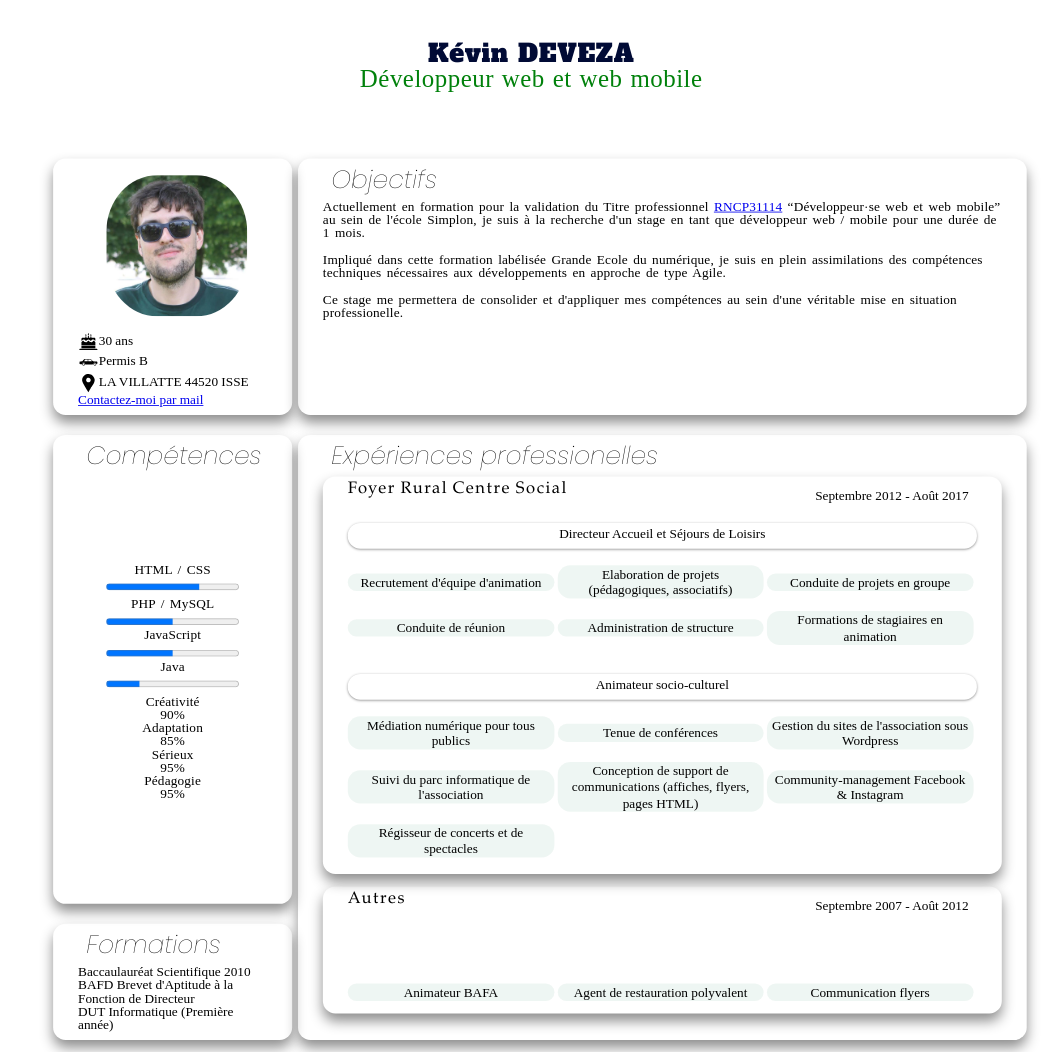
Repository: KevinDvZ/kevindvz.github.io
Page: index.html
These files come from the project's save history. The page is drawn as it stood at one moment and after the next save; the edit follows.
The browser window is 1280 px wide. The pictures show the whole page, at 83% of full size.

Above is the page before, as saved 2020-10-31 18:05:59.

### index.html
<!DOCTYPE html>
<html>

<head>
    <title id="nomprenom">DEVEZA Kevin - Développeur Web et Web mobile.</title>
        <meta charset="utf-8" />
        <meta name="description" contents="CV de Kévin DEVEZA, développeur web  et web mobile junior."/>
        <link rel="stylesheet" href="css/cv_deveza.css" />
        <link rel="stylesheet" href="css/reset.css"/>
        <link href="https://fonts.googleapis.com/css2?family=Alfa+Slab+One&display=swap" rel="stylesheet">
        <link href="https://fonts.googleapis.com/css2?family=Abril+Fatface&display=swap" rel="stylesheet">
        <link href="https://fonts.googleapis.com/css2?family=Poppins:ital,wght@1,100&display=swap" rel="stylesheet">
        <meta name="viewport" content="width=device-width, initial-scale=1.0">    </head>

<body>

<header>

    <div class="text-center">
         <h1 id="nomprenom">Kévin DEVEZA</h1>
         <p id="metier">Développeur web et web mobile</p>
    </div>
</header>

<nav>
        <a class="menu" href="#cadre-obj">Objectif</a>
        <a class="menu" href="#cadre-exp">Expérience professionelles</a>
        <a class="menu" href="#skills">Compétences en développement</a>
        <a class="menu" href="#diplomes">Formations</a>
        <a class="menu" href="#interets">Centres d'intérêt</a>

</nav>

<main>

<div class="cadre" id="cadre-obj">
        <h2 class="entete">Objectifs</h2>

    <p class="p-center"><p>Actuellement en formation pour la validation du Titre professionnel <a href="https://www.francecompetences.fr/recherche/rncp/31114/" target="_blank" rel="noopener">RNCP31114</a> <em>&ldquo;D&eacute;veloppeur&middot;se web et web mobile&rdquo;</em> au sein de l'&eacute;cole <em>Simplon</em>, je suis &agrave; la recherche d'un stage en tant que d&eacute;veloppeur web / mobile pour une dur&eacute;e de<em> 1 mois.</em><em></em></p>
    <p></p><br>
    <p>Impliqué dans cette formation lab&eacute;lis&eacute;e Grande Ecole du num&eacute;rique, je suis en plein assimilations des comp&eacute;tences techniques n&eacute;cessaires aux d&eacute;veloppements en approche de type Agile.</p>
    <p></p><br>
    <p>Ce stage me permettera de consolider et d'appliquer mes comp&eacute;tences au sein d'une v&eacute;ritable mise en situation professionelle.</p>
    <p></p></p>
</div>

<div id="cadre-contact" class="cadre">

     <img src="assets/img/solaire_cv.jpg" alt="" class="img">
      <ul class="contact-liste">
        <li><img src="assets/icones/birthday-cake.svg" class="icone">30 ans</li>
        <li><img src="assets/icones/car.svg" alt="" class="icone">Permis B</li>
        <li><img src="assets/icones/map.svg" class="icone">LA VILLATTE 44520 ISSE</li>
        <a href="mailto:kevin.deveza@sgmail.com"> Contactez-moi par mail </a>
     </ul>
    </div>

<div class="cadre" id="skills">
    <h2 class="entete">Compétences</h2>
                    <div class="cadre-jauges">

        <p>HTML / CSS<p>
        <progress id="file" max="100" value="70"> 70% </progress>
        <p>PHP / MySQL</p>
        <progress id="file" max="100" value="50"> 50% </progress>
        <p>JavaScript</p>
        <progress id="file" max="100" value="50"> 30% </progress>
        <p>Java<p>
        <progress id="file" max="100" value="25"> 25% </progress>
</div>
<div id="soft-skills">
    <p>Créativité</p>
    <p>90%</p>
    <p>Adaptation</p>
    <p>85%</p>
    <p>Sérieux</p>
    <p>95%</p>
    <p>Pédagogie</p>
    <p>95%</p>
</div>
    </div>

<div class="cadre" id="cadre-exp">
            <h2 class="entete">Expériences professionelles</h2>

             <div class="cadre" id="experiences">
                <h2 class="entreprise">Foyer Rural Centre Social</h2>
                <h3 class="dates">Septembre 2012 - Août 2017</h3>
                <div class="cadre" >Directeur Accueil et Séjours de Loisirs</div>
                <div class="cadre" id="competences_exp">Recrutement d'équipe d'animation</div>
                <div class="cadre" id="competences_exp">Elaboration de projets (pédagogiques, associatifs)</div>
                <div class="cadre" id="competences_exp">Conduite de projets en groupe</div>
                <div class="cadre" id="competences_exp">Conduite de réunion</div>
                <div class="cadre" id="competences_exp">Administration de structure</div>
                <div class="cadre" id="competences_exp">Formations de stagiaires en animation</div>

                <div class="cadre" >Animateur socio-culturel</div>
                <div class="cadre" id="competences_exp">Médiation numérique pour tous publics</div>
                <div class="cadre" id="competences_exp">Tenue de conférences</div>
                <div class="cadre" id="competences_exp">Gestion du sites de l'association sous Wordpress</div>
                <div class="cadre" id="competences_exp">Suivi du parc informatique de l'association</div>
                <div class="cadre" id="competences_exp">Conception de support de communications (affiches, flyers, pages HTML)</div>
                <div class="cadre" id="competences_exp">Community-management Facebook & Instagram</div>
                <div class="cadre" id="competences_exp">Régisseur de concerts et de spectacles</div>
            </div>

            <div class="cadre" id="experiences">
                <h2 class="entreprise">Autres</h2>
                <h3 class="dates">Septembre 2007 - Août 2012</h3>
                <div class="cadre" id="competences_exp2">Animateur BAFA</div>
                <div class="cadre" id="competences_exp2">Agent de restauration polyvalent</div>
                <div class="cadre" id="competences_exp2">Communication flyers</div>

            </div>


</div>

<div class="cadre" id="diplomes">
    <h2 class="entete">Formations</h2>
    <ul class="diplomes">
        <li>Baccaulauréat Scientifique 2010</li>
        <li>BAFD Brevet d'Aptitude à la Fonction de Directeur</li>
        <li>DUT Informatique (Première année)</li>
    </ul>
</div>



</main>
<body>
</html>

### css/cv_deveza.css
header {
  padding: 30px;
  text-align: center;
}

.text-center {
  display: inline-block;
  text-align: center;
  padding: 50px;
}

#nomprenom {
  font-family: "Alfa Slab One", cursive;
  font-size: 30px;
  letter-spacing: 0.8px;
  word-spacing: 1.4px;
  color: #000a35;
}

#metier {
  font-size: 30px;
  letter-spacing: 0.6px;
  word-spacing: 1.4px;
  color: #00810b;
  margin-bottom: auto;
}

nav {
  visibility: hidden;
  display: inline-block;
  text-align: center;
  width: 100%;
  margin-bottom: 30px;
}
p {
  font-family: Georgia, serif;
  font-size: 14px;
  letter-spacing: 0.2px;
  word-spacing: 2.2px;
  color: #000000;
  font-weight: 400;
  text-decoration: rgb(68, 68, 68);
  font-style: normal;
  font-variant: normal;
  text-transform: none;
}

.pcenter {
  text-align: center;
}
.menu {
  margin: 3px 3px 3px 3px;
}

body {
  background: rgb(255, 255, 255);
}

main {
  margin-top: 50px;
  display: grid;
  gap: 9px 7px;
  height: auto;
  margin: 15px 5% auto 5%;
  grid-template-columns: repeat(4, 25%);
  grid-template-rows: auto;
  grid-template-areas:
    "contact obj obj obj"
    "skills exp exp exp"
    "diplomes exp exp exp";
}

#cadre-obj {
  grid-area: obj;
  z-index: -5;
}

.entreprise {
  font-family: "Palatino Linotype", "Book Antiqua", Palatino, serif;
  font-size: 20px;
  letter-spacing: 1.8px;
  word-spacing: -1px;
  color: #000000;
  font-weight: 1;
  text-decoration: none;
  font-style: normal;
  font-variant: normal;
  text-transform: none;
}
h3 {
  text-align: right;
}

#cadre-contact {
  grid-area: contact;
  z-index: -50;
}

#cadre-exp {
  grid-area: exp;
  z-index: 100;
}

.img {
  max-height: 170px;
  min-height: 100px;
  width: auto;
  margin: 15px auto 15px auto;
  padding-left: 15%;
  padding-right: 15%;
  border-radius: 40%;
}

.contact-liste li {
  list-style-type: none;
  text-align: left;
  position: inline;
}
.icone {
  width: 25px;
  position: inherit;
  line-height: normal;
  vertical-align: middle;
}

.entete {
  font-family: "Abril Fatface", cursive;
  font-size: 30px;
  display: block;
  font-family: "Poppins", sans-serif;
  margin: 5px auto 10px 10px;
}

.cadre {
  box-shadow: 0 9px 15px rgba(0, 0, 0, 0.45);
  display: block;
  padding: 5px 30px 10px 30px;
  border-radius: 15px;
  margin-bottom: 15px;
}

#skills {
  grid-area: skills;
  z-index: 2;
}
#diplomes {
  grid-area: diplomes;
}

.cadre-jauges {
  margin-top: 50%;
  text-align: center;
  display: block;
  position: relative;
}

.cadre-jauges p {
  margin-bottom: 5px;
}

#soft-skills {
  margin-bottom: 50%;
  text-align: center;
}

.progress-circle {
  position: inline; /* pour servir de référent */
  box-sizing: border-box; /* prise en compte bordure dans la dimension */
  font-size: 1em; /* pour définir les dimensions */
  width: 1em; /* fixe la largeur */
  height: 1em; /* fixe la hauteur */
  border-radius: 100%; /* rendu aspect circulaire */
  border: 0.15em solid #cde; /* couleur de fond de l'anneau */
  background-color: rgba(
    255,
    255,
    255,
    0
  ); /* couleur de fond de la progress bar */
}

.progress-masque {
  display: block;
}

#experiences .cadre {
  display: block;
  box-shadow: 0 1px 3px rgba(0, 0, 0, 0.45);

  margin: 25px auto 15px auto;
  text-align: center;
}

#experiences .dates {
  margin: -10px 10px 10px 10px;
}
.cadre #competences_exp {
  box-shadow: none;
  display: inline-block;
  line-height: normal;
  vertical-align: middle;
  width: 32%;
  line-height: 120%;
  padding: 1px 3px 1px 3px;
  margin: 5px auto 10px auto;
  text-align: center;
  background-color: rgba(13, 116, 76, 0.068);
}

.cadre #competences_exp2 {
  box-shadow: none;
  display: inline-block;
  width: 32%;
  line-height: 120%;
  padding: 1px 3px 1px 3px;
  margin: 10% auto 5px auto;
  text-align: center;
  background-color: rgba(13, 116, 76, 0.068);
}

Loaded but not shown: css/reset.css (common file)

After the next save:
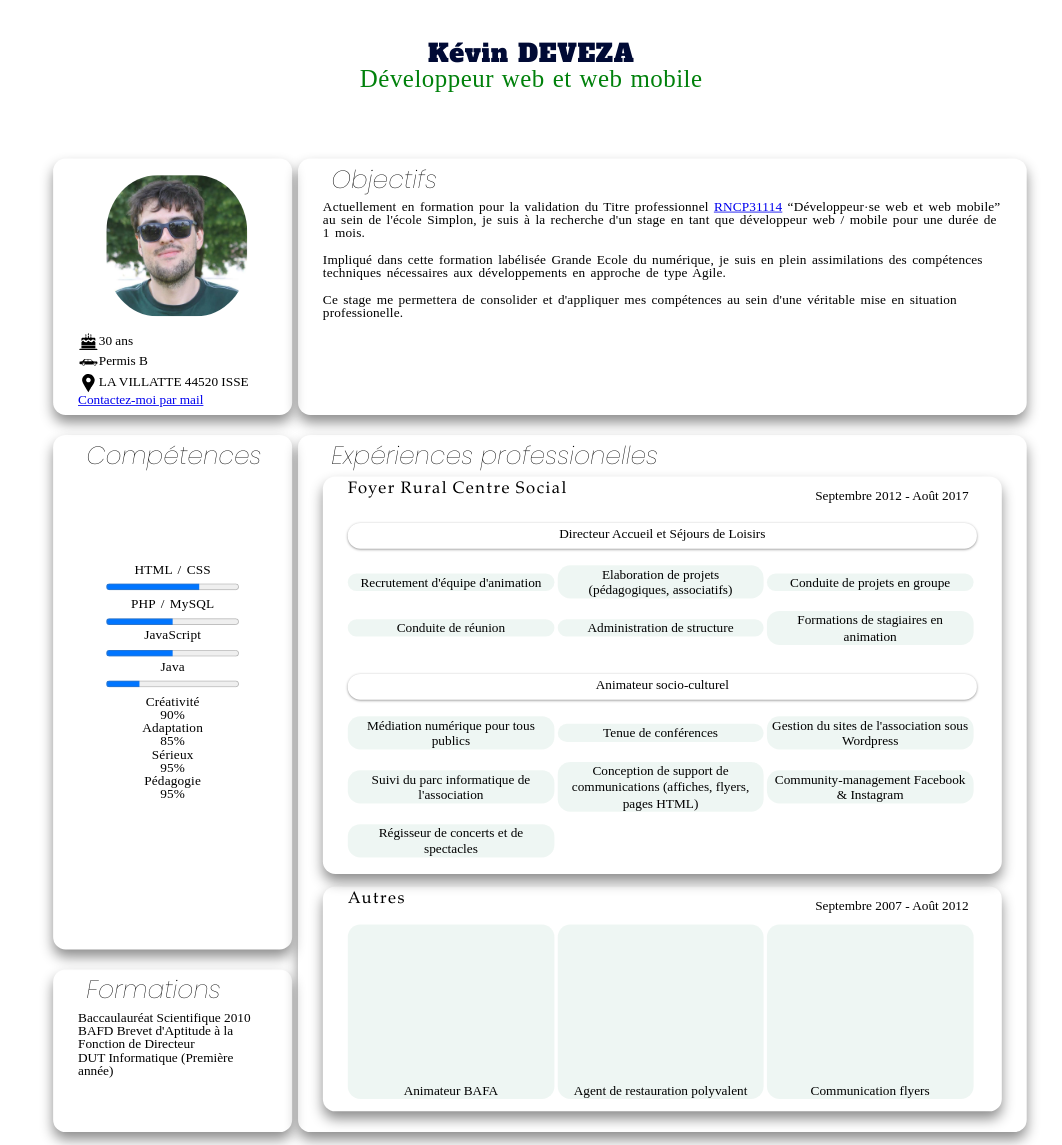
Saved 20 s later.
--- a/css/cv_deveza.css
+++ b/css/cv_deveza.css
@@ -212,8 +212,8 @@ h3 {
   display: inline-block;
   width: 32%;
   line-height: 120%;
-  padding: 1px 3px 1px 3px;
-  margin: 10% auto 5px auto;
+  padding: 25% 3px 1px 3px;
+  margin: 5px auto 5px auto;
   text-align: center;
   background-color: rgba(13, 116, 76, 0.068);
 }
